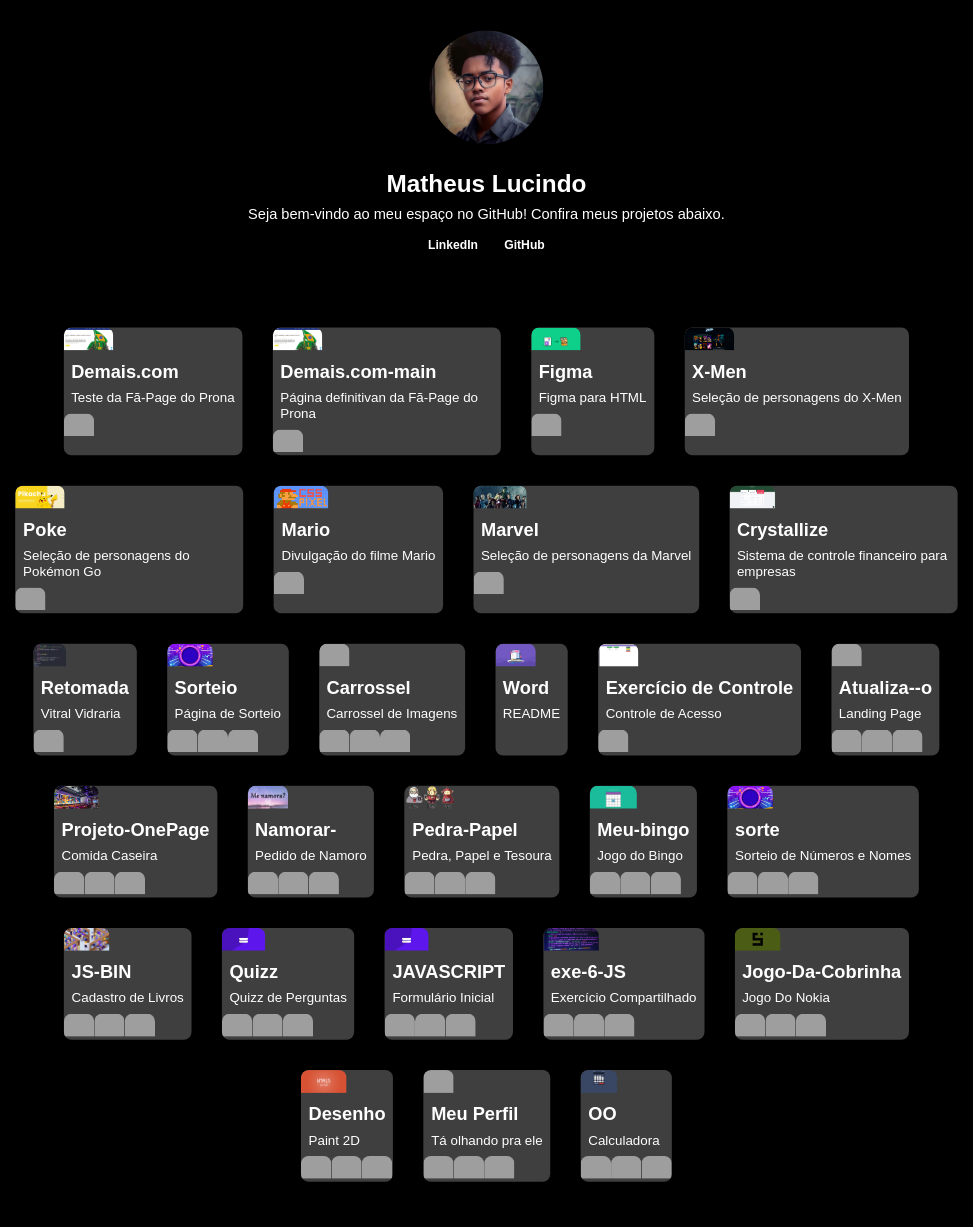
Repository: Matheus904-12/Meu-Perfil
Page: index.html
These files come from the project's save history. The page is drawn as it stood at one moment and after a run of saves; the edit follows.
The browser window is 1280 px wide. The pictures show the whole page, at 76% of full size.
Pictures or frames that could not be fetched are drawn as grey boxes.

Above is the page before, as saved 2023-09-26 22:02:55.

### index.html
<!DOCTYPE html>
<html lang="en">
<head>
    <meta charset="UTF-8">
    <meta name="viewport" content="width=device-width, initial-scale=1.0">
    <link rel="stylesheet" href="styles.css">
    <link rel="icon" href="p">
    <title>Seu Perfil</title>
</head>
<body>


    <header>
        <img src="IMG_20230326_185729_968.jpg" alt="Sua Foto de Perfil" class="profile-picture">
        <h1>Matheus Lucindo</h1>
        <p>Seja bem-vindo ao meu espaço no GitHub! Confira meus projetos abaixo.</p>
        <div class="social-links">
            <a href="https://www.linkedin.com/in/matheus-lucindo-b35b68190/" target="_blank">LinkedIn</a>
            <a href="https://github.com/Matheus904-12" target="_blank">GitHub</a>
        </div>
    </header>

    <section class="repositories">
        <!-- Os repositórios serão carregados aqui via JavaScript -->
    </section>

    <script src="script.js"></script>
</body>
</html>

### styles.css
/* styles.css */

body {
    font-family: 'Arial', sans-serif;
    margin: 0;
    padding: 0;
    background-color: #000000;
    color: #fff;
    transition: background-color 0.3s, color 0.3s;
}

.profile-picture {
    border-radius: 50%;
    width: 150px;
    height: 150px;
    margin-bottom: 20px;
    object-fit: cover;
}

header {
    text-align: center;
    padding: 40px;
    background-color: #000000;
    box-shadow: 0px 4px 8px rgba(0, 0, 0, 0.1);
}

h1 {
    font-size: 2em;
    margin: 10px 0;
}

p {
    font-size: 1.2em;
    max-width: 800px;
    margin: 0 auto 20px;
}

.social-links {
    margin-top: 20px;
}

.social-links a {
    display: inline-block;
    margin: 0 15px;
    text-decoration: none;
    color: #fff;
    font-weight: bold;
    transition: color 0.3s;
}

.social-links a:hover {
    color: #00aa1a;
}

.repositories {
    display: flex;
    flex-wrap: wrap;
    justify-content: center;
    margin: 40px 0;
}

.repository-card {
    background-color: #3f3f3f;
    border-radius: 10px;
    box-shadow: 0px 4px 8px rgba(0, 0, 0, 0.1);
    margin: 20px;
    max-width: 300px;
    transition: transform 0.3s, box-shadow 0.3s, background-color 0.3s;
    overflow: hidden;
    color: #fff; /* Cor do texto ajustada */
}

.repository-card img {
    border-radius: 10px 10px 0 0;
    max-width: 100%;
    height: auto;
    max-height: 200px;
    object-fit: cover;
    max-height: 30px; /* Adicionado este estilo para limitar a altura dos ícones */
}

.repository-card h3 {
    margin: 10px;
    font-size: 1.5em;
}

.repository-card p {
    margin: 10px;
    font-size: 1.1em;
}

.repository-card:hover {
    transform: scale(1.05);
    box-shadow: 0 8px 16px rgba(128, 0, 128, 0.1);

}

.repository-card a {
    color: #ffffff; /* Defina a cor de texto desejada aqui */
    text-decoration: none; /* Para remover sublinhado dos links */
}

/* Estilos para tablets (largura máxima de 768px) */
@media screen and (max-width: 768px) {
    header {
        padding: 20px;
    }

    .profile-picture {
        width: 100px;
        height: 100px;
        margin-bottom: 10px;
    }

    h1 {
        font-size: 1.5em;
    }

    p {
        font-size: 1em;
    }

    .social-links a {
        margin: 0 10px;
    }

    .repository-card {
        max-width: 250px;
    }

    .repository-card img {
        max-height: 150px;
    }

    .repository-card h3 {
        font-size: 1.2em;
    }

    .repository-card p {
        font-size: 1em;
    }
}

/* Estilos para dispositivos móveis (largura máxima de 480px) */
@media screen and (max-width: 480px) {
    header {
        padding: 10px;
    }

    .profile-picture {
        width: 80px;
        height: 80px;
        margin-bottom: 5px;
    }

    h1 {
        font-size: 1.2em;
    }

    p {
        font-size: 0.9em;
    }

    .social-links a {
        margin: 0 5px;
    }

    .repository-card {
        max-width: 200px;
    }

    .repository-card img {
        max-height: 120px;
    }

    .repository-card h3 {
        font-size: 1em;
    }

    .repository-card p {
        font-size: 0.8em;
    }
}

### script.js
document.addEventListener('DOMContentLoaded', function() {
    const repositories = [
        {
            name: 'Demais.com',
            description: 'Teste da Fã-Page do Prona',
            coverImage: 'Demais.com.jpg',
            languages: ['']
        },
        {
            name: 'Demais.com-main',
            description: 'Página definitivan da Fã-Page do Prona',
            coverImage: 'Demais.com.jpg',
            languages: ['']
        },
        {
            name: 'Figma',
            description: 'Figma para HTML',
            coverImage: 'Figma_to_html_1.png',
            languages: ['']
        },
        {
            name: 'X-Men',
            description: 'Seleção de personagens do X-Men',
            coverImage: 'xmen.png',
            languages: ['']
        },
        {
            name: 'Poke',
            description: 'Seleção de personagens do Pokémon Go',
            coverImage: 'pokemon-slider.png',
            languages: ['']
        },
        {
            name: 'Mario',
            description: 'Divulgação do filme Mario',
            coverImage: 'css-pixel-art.png',
            languages: ['']
        },
        {
            name: 'Marvel',
            description: 'Seleção de personagens da Marvel',
            coverImage: 'marvel.jpg',
            languages: ['']
        },
        {
            name: 'Crystallize',
            description: 'Sistema de controle financeiro para empresas',
            coverImage: 'sis.png',
            languages: ['']
        },
        {
            name: 'Retomada',
            description: 'Vitral Vidraria',
            coverImage: 'retom.png',
            languages: ['']
        },
        {
            name: 'Sorteio',
            description: 'Página de Sorteio',
            coverImage: 'sorteio.jpg',
            languages: ['HTML', 'CSS', 'JS']
        },
        {
            name: 'Carrossel',
            description: 'Carrossel de Imagens',
            coverImage: 'car.jpg',
            languages: ['HTML', 'CSS', 'JS']
        },
        {
            name: 'Word',
            description: 'README',
            coverImage: 'como-fazer-um-bom-readme-preview.png',
            languages: []
        },
        {
            name: 'Exercício de Controle',
            description: 'Controle de Acesso',
            coverImage: 'control.png',
            languages: ['HTML']
        },
        {
            name: 'Atualiza--o',
            description: 'Landing Page',
            coverImage: 'landing.png',
            languages: ['HTML', 'CSS', 'JS']
        },
        {
            name: 'Projeto-OnePage',
            description: 'Comida Caseira',
            coverImage: 'restaurante.jpeg',
            languages: ['HTML', 'CSS', 'JS']
        },
        {
            name: 'Namorar-',
            description: 'Pedido de Namoro',
            coverImage: 'namorar.jpg',
            languages: ['HTML', 'CSS', 'JS']
        },
        {
            name: 'Pedra-Papel',
            description: 'Pedra, Papel e Tesoura',
            coverImage: 'jokenpo.png',
            languages: ['HTML', 'CSS', 'JS']
        },
        {
            name: 'Meu-bingo',
            description: 'Jogo do Bingo',
            coverImage: 'bingo.jpg',
            languages: ['HTML', 'CSS', 'JS']
        },
        {
            name: 'sorte',
            description: 'Sorteio de Números e Nomes',
            coverImage: 'sorteio.jpg',
            languages: ['HTML', 'CSS', 'JS']
        },
        {
            name: 'JS-BIN',
            description: 'Cadastro de Livros',
            coverImage: 'bibliotecas.png',
            languages: ['HTML', 'CSS', 'JS']
        },
        {
            name: 'Quizz',
            description: 'Quizz de Perguntas',
            coverImage: 'a-guide-to-html-css-forms-no-hacks.jpg',
            languages: ['HTML', 'CSS', 'JS']
        },
        {
            name: 'JAVASCRIPT',
            description: 'Formulário Inicial',
            coverImage: 'a-guide-to-html-css-forms-no-hacks.jpg',
            languages: ['HTML', 'CSS', 'JS']
        },
        {
            name: 'exe-6-JS',
            description: 'Exercício Compartilhado',
            coverImage: 'comp.png',
            languages: ['HTML', 'CSS', 'JS']
        },
        {
            name: 'Jogo-Da-Cobrinha',
            description: 'Jogo Do Nokia',
            coverImage: 'cobrinha.png',
            languages: ['HTML', 'CSS', 'JS']
        },
        {
            name: 'Desenho',
            description: 'Paint 2D',
            coverImage: '20151220031246_canvas.png',
            languages: ['HTML', 'CSS', 'JS']
        },
        {
            name: 'Meu Perfil',
            description: 'Tá olhando pra ele',
            coverImage: 'perfi.png',
            languages: ['HTML', 'CSS', 'JS']
        },
        {
            name: 'OO',
            description: 'Calculadora',
            coverImage: 'leva.jpg',
            languages: ['HTML', 'CSS', 'JS']
        },


    ];

    const repositoriesSection = document.querySelector('.repositories');

    repositories.forEach(repository => {
        const card = document.createElement('div');
        card.classList.add('repository-card');

        const languagesIcons = repository.languages.map(lang => `<img src="${lang.toLowerCase()}.png" alt="${lang}">`).join('');

        card.innerHTML = `
            <a href="${repository.link}" target="_blank">
                <div class="card-border">
                    <img src="${repository.coverImage}" alt="Capa do Repositório">
                </div>
                <h3>${repository.name}</h3>
                <p>${repository.description}</p>
                <div class="languages">${languagesIcons}</div>
            </a>
        `;

        card.addEventListener('click', function() {
            card.classList.toggle('selected');
        });

        repositoriesSection.appendChild(card);
    });
});

After the next 2 saves:
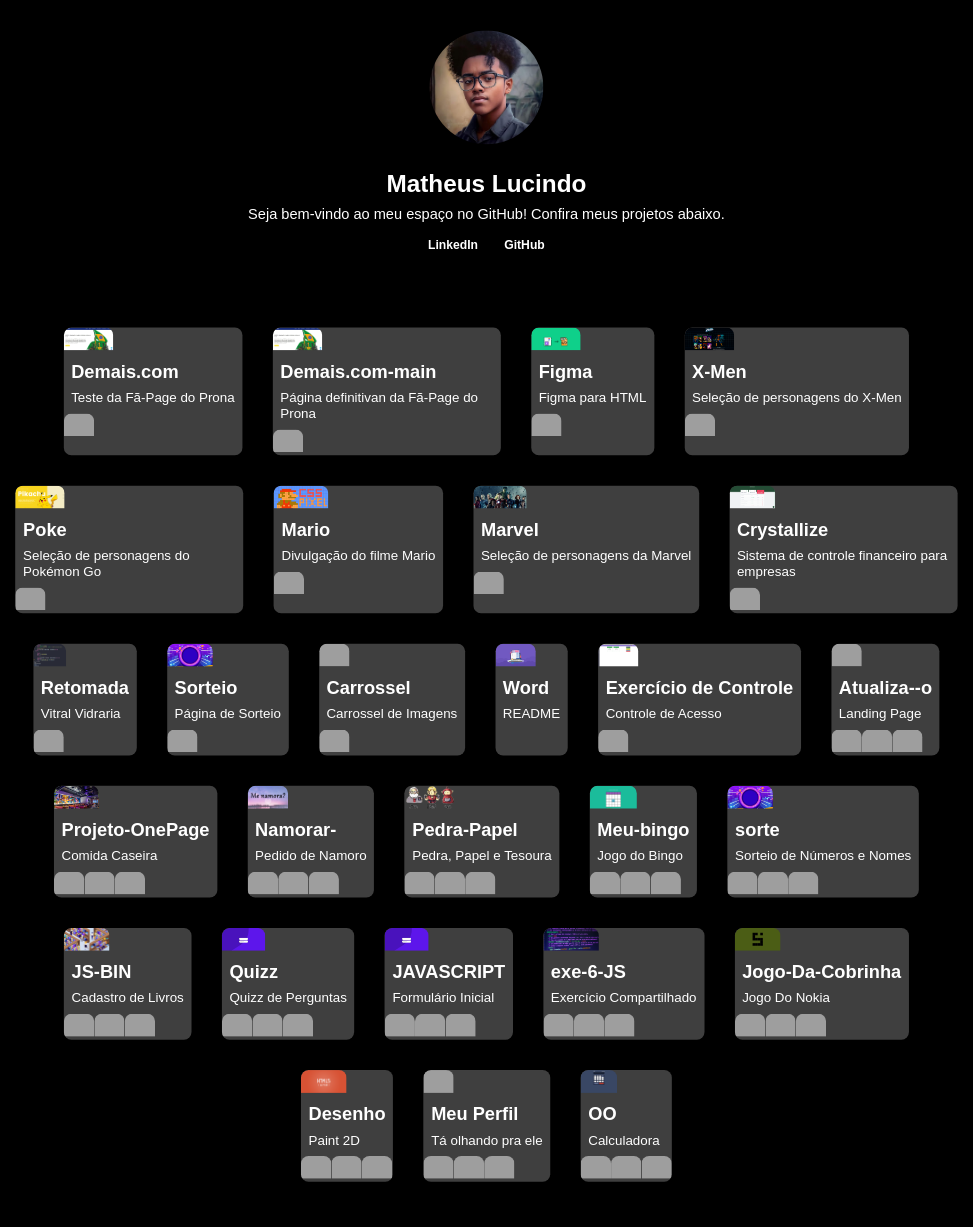
The 2 saves are shown as one change because they came seconds apart.
The last was saved 7 s later.
--- a/script.js
+++ b/script.js
@@ -58,13 +58,13 @@
             name: 'Sorteio',
             description: 'Página de Sorteio',
             coverImage: 'sorteio.jpg',
-            languages: ['HTML', 'CSS', 'JS']
+            languages: ['']
         },
         {
             name: 'Carrossel',
             description: 'Carrossel de Imagens',
             coverImage: 'car.jpg',
-            languages: ['HTML', 'CSS', 'JS']
+            languages: ['']
         },
         {
             name: 'Word',
